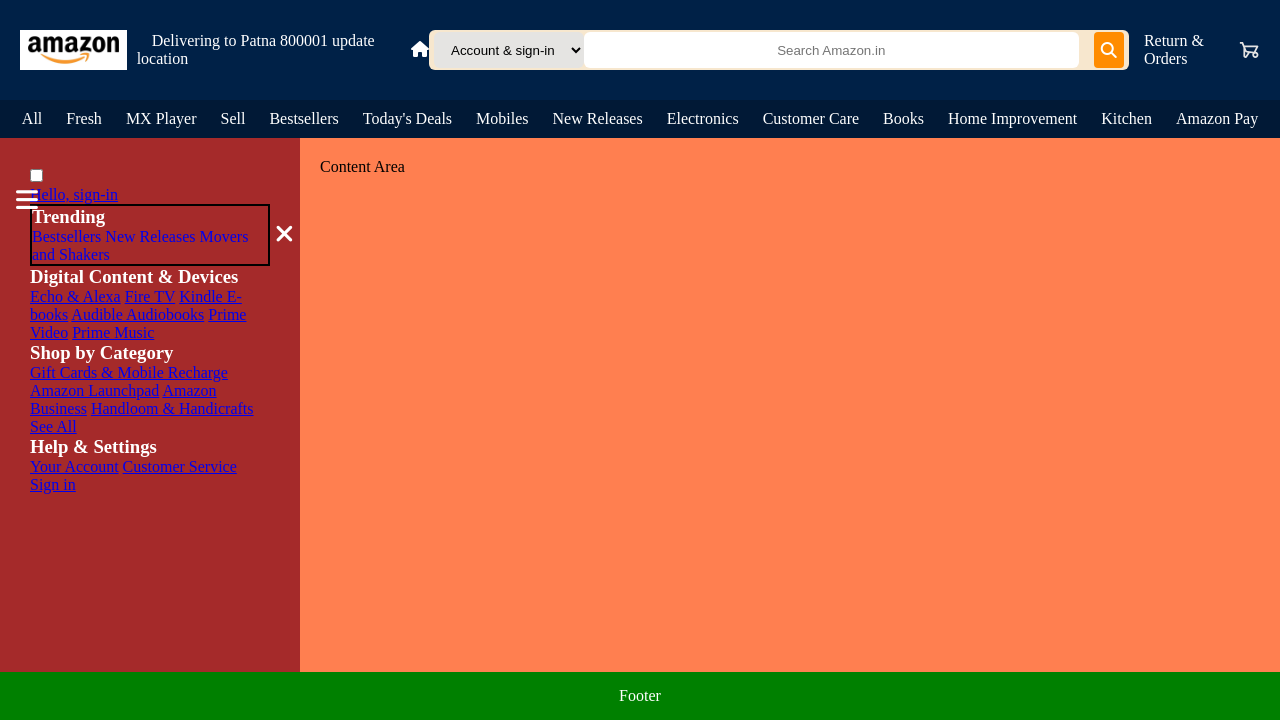
Repository: sristigupta04/basic-js-project
Page: amazon/ami.html
These files come from the project's save history. The page is drawn as it stood at one moment and after the next save; the edit follows.
The browser window is 1280 px wide. The pictures show the whole page.

Above is the page before, as saved 2025-11-02 01:26:33.

After the next save:
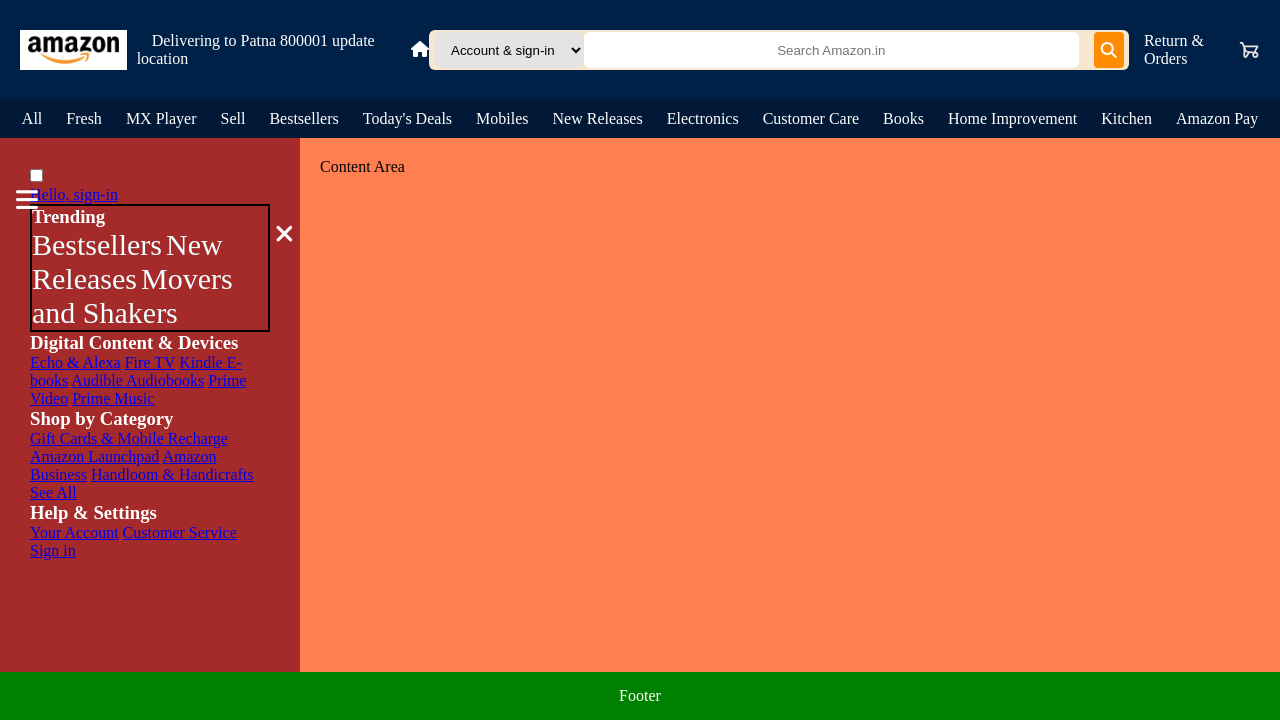
Saved 24 s later.
--- a/amazon/ami.css
+++ b/amazon/ami.css
@@ -140,8 +140,8 @@
 }
 .trending a{
   text-decoration: none;
-  color:azure
-  font:200;;
+  color:azure;
+  font-size:30px;;
 }
 /* Close button */
 .sidebar_menu .btn_two i {
